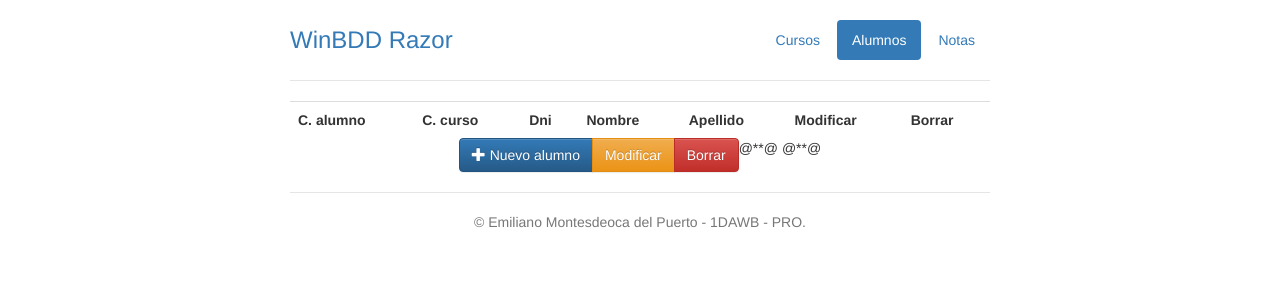
Repository: emontesdeoc/1DAWB
Page: http://localhost/Eclipse/views/alumnos.php
These files come from the project's save history. The page is drawn as it stood at one moment and after the next save; the edit follows.
The browser window is 1280 px wide. The pictures show the whole page.
The page is run by PHP 8.4 with error messages shown; the project is at /var/www/html/. Queries for data that is not in the repository find no rows.

Above is the page before, as saved 2017-05-22 10:46:40.

### PRO/Tercer trimestre/Practica/Eclipse/PracticaPHP/views/alumnos.php
<!DOCTYPE html>
<html>
<head>
    <title>PHP - Alumnos</title>
    <link href="assets/css/bootstrap.css" rel="stylesheet">
    <link href="assets/css/bootstrap-theme.css" rel="stylesheet">
    <link href="assets/css/style.css" rel="stylesheet">
    <meta name="viewport" content="width=device-width, initial-scale=1">
</head>
<body>

<?php
session_start();

$mysqli = new mysqli ( "localhost", "root", "", "ocupacional" );
$mysqli->set_charset ( "utf8" );
$result = $mysqli->query ( "select * from alumnos" );


?>

    <div class="container">
        <div class="header clearfix">
            <nav>
                <ul class="nav nav-pills pull-right">
                    <li role="presentation"><a href="cursos.php">Cursos</a></li>
                    <li role="presentation" class="active"><a href="alumnos.php">Alumnos</a></li>
                    <li role="presentation"><a href="notas.php">Notas</a></li>
                </ul>
            </nav>
            <h3 class="text-muted"><a href="../index.html"> WinBDD Razor </a></h3>
        </div>
        <!-- @* Cursos contenedor *@ -->
        <div id="form-container" style="width:100%;">
            <form method="post" action="">
                <table class="table table-hover" style="margin-bottom: 0px;">
                    <tr>
                        <th>C. alumno</th>
                        <th>C. curso</th>
                        <th>Dni</th>
                        <th>Nombre</th>
                        <th>Apellido</th>
                        <th>Modificar</th>
                        <th>Borrar</th>
                    </tr>

                    <?php

                    while($row = $result->fetch_assoc()) {
                    	printf("<tr>");
                    	printf("<td>$row[0]</td>");
                    	printf("<td>$row[1]</td>");
                    	printf("<td>$row[2]</td>");
                    	printf("<td>$row[3]</td>");
                    	printf("<td>$row[4]</td>");
                    	printf("<td><button type=\"button\" class=\"btn btn-warning\" data-toggle=\"modal\" data-target=\".bs-modificar-modal-sm\" onclick=\"CargarModificar('@a.COD_ALU', '@a.COD_CUR', '@a.DNI', '@a.APELLIDOS', '@a.NOMBRE');\"><span class=\"glyphicon glyphicon-pencil\" aria-hidden=\"true\"></span> Modificar</button></td>");
                    	printf("<td><button type=\"button\" class=\"btn btn-danger\" data-toggle=\"modal\" data-target=\".bs-borrar-modal-sm\" onclick=\"CargarBorrar('@a.COD_ALU', '@a.COD_CUR', '@a.DNI', '@a.APELLIDOS', '@a.NOMBRE');\"><span class=\"glyphicon glyphicon-remove\" aria-hidden=\"true\"></span> Borrar</button></td>");
                    	printf("<tr>");

                    }
                    ?>
                </table>
                           </form>
            <div class="text-center">
                <div class="btn-group" style="text-align:center;">
                    <button type="button" class="btn btn-primary" data-toggle="modal" data-target=".bs-nuevo-modal-sm"><span class="glyphicon glyphicon-plus" aria-hidden="true"></span> Nuevo alumno</button>
                    @*<button type="submit" class="btn btn-warning" data-toggle="modal" data-target=".bs-modificar-modal-sm">Modificar</button>*@
                    @*<button type="submit" class="btn btn-danger" data-toggle="modal" data-target=".bs-borrar-modal-sm">Borrar</button>*@
                </div>
            </div>


        </div>

        <!-- @* Modal nuevo curso *@ -->
        <div class="modal fade bs-nuevo-modal-sm" tabindex="-1" role="dialog" aria-labelledby="mySmallModalLabel">
            <div class="modal-dialog modal-sm" role="document">
                <div class="modal-content">
                    <div class="text-center">
                        <h2>Nuevo alumno</h2>
                    </div>
                    <div id="modal-form-container">
                        <form method="post" action="">
                            <div class="form-group">
                                <label for="cod_alu">Codigo de alumno</label>
                                <input type="text" class="form-control" id="cod_alu" placeholder="Codigo de alumno" name="nuevo_codalu">
                            </div>
                            <div class="form-group">
                                <label for="cod_cur">Codigo de curso</label>
                                <select class="form-control" name="nuevo_codcur" id="cod_cur">
                                    <!-- @foreach (WinBDDRazor.bd.CURSO c in new WinBDDRazor.logic.cursos().GetAllCursos())
                                    { -->
                                    <option value="@c.COD_CUR">@c.DESCRIPCION</option>
                                    <!-- } -->
                                </select>
                            </div>
                            <div class="form-group">
                                <label for="dni">DNI</label>
                                <input type="text" class="form-control" id="dni" placeholder="DNI" name="nuevo_dni">
                            </div>
                            <div class="form-group">
                                <label for="apellidos">Apellidos</label>
                                <input type="text" class="form-control" id="apellidos" placeholder="Apellidos" name="nuevo_apellido">
                            </div>
                            <div class="form-group">
                                <label for="nombre">Nombre</label>
                                <input type="text" class="form-control" id="nombre" placeholder="Nombre" name="nuevo_nombre">
                            </div>
                            <div class="text-center">
                                <div class="form-group btn-group" style="margin-bottom: -15px;">
                                    <button type="submit" class="btn btn-success" name="nuevo_confirmar"><span class="glyphicon glyphicon-ok" aria-hidden="true"></span> Confirmar</button>
                                </div>
                            </div>

                        </form>
                    </div>
                </div>
            </div>
        </div>

        <!-- @* Modal modificar curso *@ -->
        <div class="modal fade bs-modificar-modal-sm" tabindex="-1" role="dialog" aria-labelledby="mySmallModalLabel">
            <div class="modal-dialog modal-sm" role="document">
                <div class="modal-content">
                    <div class="text-center">
                        <h2>Modificar alumno</h2>
                    </div>
                    <div id="modal-form-container">
                        <form method="post" action="">
                            <div class="form-group">
                                <label for="cod_alu">Codigo de alumno</label>
                                <input type="text" class="form-control" id="modificar_cod_alu" placeholder="Codigo de alumno" name="modificar_codalu" value="" readonly />
                            </div>
                            <div class="form-group">
                                <label for="cod_cur">Codigo de curso</label>
                                <select class="form-control" name="modificar_codcur" id="modificar_cod_cur">
                                    <!-- @foreach (WinBDDRazor.bd.CURSO c in new WinBDDRazor.logic.cursos().GetAllCursos())
                                    { -->
                                    <option value="@c.COD_CUR">@c.DESCRIPCION</option>
                                    <!-- } -->
                                </select>
                            </div>
                            <div class="form-group">
                                <label for="dni">DNI</label>
                                <input type="text" class="form-control" id="modificar_dni" placeholder="DNI" name="modificar_dni" value="" />
                            </div>
                            <div class="form-group">
                                <label for="apellidos">Apellidos</label>
                                <input type="text" class="form-control" id="modificar_apellidos" placeholder="Apellidos" name="modificar_apellido" value="" />
                            </div>
                            <div class="form-group">
                                <label for="nombre">Nombre</label>
                                <input type="text" class="form-control" id="modificar_nombre" placeholder="Nombre" name="modificar_nombre" value="" />
                            </div>
                            <div class="text-center">
                                <div class="form-group btn-group" style="margin-bottom: -15px;">
                                    <button type="submit" class="btn btn-success" name="modificar_confirmar"><span class="glyphicon glyphicon-ok" aria-hidden="true"></span> Confirmar</button>
                                </div>
                            </div>
                        </form>
                    </div>
                </div>
            </div>
        </div>

        <!-- @* Modal borrar curso *@ -->
        <div class="modal fade bs-borrar-modal-sm" tabindex="-1" role="dialog" aria-labelledby="mySmallModalLabel">
            <div class="modal-dialog modal-sm" role="document">
                <div class="modal-content">
                    <div class="text-center">
                        <h2>Borrar alumno</h2>
                    </div>
                    <div id="modal-form-container">
                        <form method="post" action="">
                            <div class="form-group">
                                <label for="cod_alu">Codigo de alumno</label>
                                <input type="text" class="form-control" id="borrar_cod_alu" placeholder="Codigo de alumno" name="borrar_codalu" value="" readonly />
                            </div>
                            <div class="form-group">
                                <label for="cod_cur">Codigo de curso</label>
                                <select class="form-control" name="borrar_codcur" id="borrar_cod_cur" readonly>
                                    <!-- @foreach (WinBDDRazor.bd.CURSO c in new WinBDDRazor.logic.cursos().GetAllCursos())
                                    { -->
                                    <option value="@c.COD_CUR">@c.DESCRIPCION</option>
                                    <!-- } -->
                                </select>
                            </div>
                            <div class="form-group">
                                <label for="dni">DNI</label>
                                <input type="text" class="form-control" id="borrar_dni" placeholder="DNI" name="borrar_dni" value="" readonly />
                            </div>
                            <div class="form-group">
                                <label for="apellidos">Apellidos</label>
                                <input type="text" class="form-control" id="borrar_apellidos" placeholder="Apellidos" name="borrar_apellido" value="" readonly />
                            </div>
                            <div class="form-group">
                                <label for="nombre">Nombre</label>
                                <input type="text" class="form-control" id="borrar_nombre" placeholder="Nombre" name="borrar_nombre" value="" readonly />
                            </div>
                            <div class="form-group">
                                <div class="checkbox">
                                    <label>
                                        <input type="checkbox" name="eliminar_checkbox" value="option1" aria-label="...">
                                        Confirmar para borrar curso
                                    </label>
                                </div>
                            </div>
                            <div class="text-center">
                                <div class="form-group btn-group" style="margin-bottom: -15px;">
                                    <button type="submit" class="btn btn-danger" name="borrar_confirmar"><span class="glyphicon glyphicon-remove" aria-hidden="true"></span> Confirmar</button>
                                </div>
                            </div>
                        </form>
                    </div>
                </div>
            </div>
        </div>

        <footer class="footer">
            <p style="text-align:center">&copy; Emiliano Montesdeoca del Puerto - 1DAWB - PRO.</p>
        </footer>
    </div>
    <!-- /container -->
    <!-- jQuery (necessary for Bootstrap's JavaScript plugins) -->
    <script src="https://ajax.googleapis.com/ajax/libs/jquery/1.12.4/jquery.min.js"></script>
    <!-- Include all compiled plugins (below), or include individual files as needed -->
    <script src="assets/js/bootstrap.js"></script>

    <!-- @* Javascript necesario para no hacer postback *@ -->
    <script type="text/javascript" language="javascript">
        function CargarModificar(codalu, codcur, dni, apellidos, nombre) {
            document.getElementById("modificar_cod_alu").setAttribute('value', codalu);
            document.getElementById("modificar_cod_cur").setAttribute('value', codcur);
            document.getElementById("modificar_dni").setAttribute('value', dni);
            document.getElementById("modificar_apellidos").setAttribute('value', apellidos);
            document.getElementById("modificar_nombre").setAttribute('value', nombre);

            var element = document.getElementById('modificar_cod_cur');
            element.value = codcur;
        }
    </script>

    <!-- @* Javascript necesario para no hacer postback *@ -->
    <script type="text/javascript" language="javascript">
        function CargarBorrar(codalu, codcur, dni, apellidos, nombre) {
            document.getElementById("borrar_cod_alu").setAttribute('value', codalu);
            document.getElementById("borrar_cod_cur").setAttribute('value', codcur);
            document.getElementById("borrar_dni").setAttribute('value', dni);
            document.getElementById("borrar_apellidos").setAttribute('value', apellidos);
            document.getElementById("borrar_nombre").setAttribute('value', nombre);

            var element = document.getElementById('borrar_cod_cur');
            element.value = codcur;
        }
    </script>
</body>
</html>

### PRO/Tercer trimestre/Practica/Eclipse/PracticaPHP/views/assets/css/style.css
/* Space out content a bit */
body {
    padding-top: 20px;
    padding-bottom: 20px;
}

/* Everything but the jumbotron gets side spacing for mobile first views */
.header,
.marketing,
.footer {
    padding-right: 15px;
    padding-left: 15px;
}

/* Custom page header */
.header {
    padding-bottom: 20px;
    border-bottom: 1px solid #e5e5e5;
}
    /* Make the masthead heading the same height as the navigation */
    .header h3 {
        margin-top: 0;
        margin-bottom: 0;
        line-height: 40px;
    }

/* Custom page footer */
.footer {
    padding-top: 19px;
    color: #777;
    border-top: 1px solid #e5e5e5;
}

#form-container {
    width: 43%;
    margin: 0 auto;
    margin-bottom: 20px;
}

#modal-form-container {
    margin: 0 auto;
    margin-bottom: 20px;
    padding: 20px;
}

/* Customize container */
@media (min-width: 768px) {
    .container {
        max-width: 730px;
    }
}

.container-narrow > hr {
    margin: 30px 0;
}

/* Main marketing message and sign up button */
.jumbotron {
    text-align: center;
    border-bottom: 1px solid #e5e5e5;
}

    .jumbotron .btn {
        padding: 7px 17px;
        font-size: 17px;
    }

/* Supporting marketing content */
.marketing {
    margin: 40px 0;
}

    .marketing p + h4 {
        margin-top: 28px;
    }

/* Responsive: Portrait tablets and up */
@media screen and (min-width: 768px) {
    /* Remove the padding we set earlier */
    .header,
    .marketing,
    .footer {
        padding-right: 0;
        padding-left: 0;
    }
    /* Space out the masthead */
    .header {
        margin-bottom: 20px;
    }
    /* Remove the bottom border on the jumbotron for visual effect */
    .jumbotron {
        border-bottom: 0;
    }
}

Loaded but not shown: PRO/Tercer trimestre/Practica/Eclipse/PracticaPHP/views/assets/css/bootstrap.css (library); PRO/Tercer trimestre/Practica/Eclipse/PracticaPHP/views/assets/css/bootstrap-theme.css (library); PRO/Tercer trimestre/Practica/Eclipse/PracticaPHP/views/assets/js/bootstrap.js (library)

After the next save:
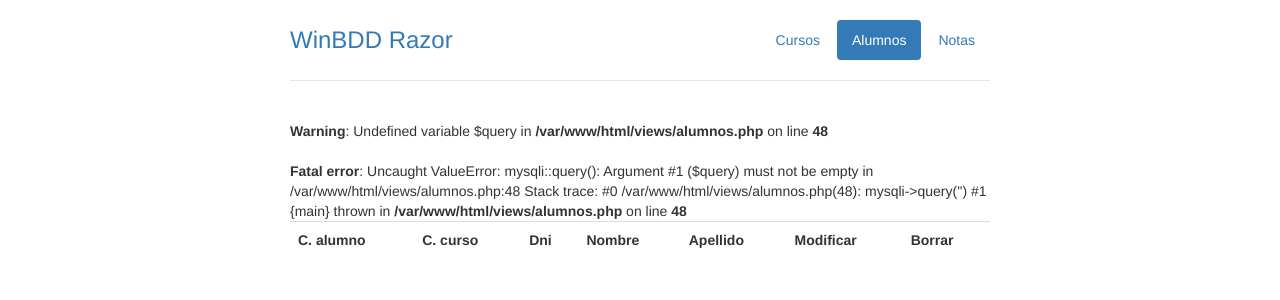
Saved 84 s later.
--- a/PRO/Tercer trimestre/Practica/Eclipse/PracticaPHP/views/alumnos.php
+++ b/PRO/Tercer trimestre/Practica/Eclipse/PracticaPHP/views/alumnos.php
@@ -14,7 +14,7 @@
 
 $mysqli = new mysqli ( "localhost", "root", "", "ocupacional" );
 $mysqli->set_charset ( "utf8" );
-$result = $mysqli->query ( "select * from alumnos" );
+$result = $mysqli->query ("select * from alumnos");
 
 
 ?>
@@ -45,18 +45,19 @@
                     </tr>
 
                     <?php
-
-                    while($row = $result->fetch_assoc()) {
-                    	printf("<tr>");
-                    	printf("<td>$row[0]</td>");
-                    	printf("<td>$row[1]</td>");
-                    	printf("<td>$row[2]</td>");
-                    	printf("<td>$row[3]</td>");
-                    	printf("<td>$row[4]</td>");
-                    	printf("<td><button type=\"button\" class=\"btn btn-warning\" data-toggle=\"modal\" data-target=\".bs-modificar-modal-sm\" onclick=\"CargarModificar('@a.COD_ALU', '@a.COD_CUR', '@a.DNI', '@a.APELLIDOS', '@a.NOMBRE');\"><span class=\"glyphicon glyphicon-pencil\" aria-hidden=\"true\"></span> Modificar</button></td>");
-                    	printf("<td><button type=\"button\" class=\"btn btn-danger\" data-toggle=\"modal\" data-target=\".bs-borrar-modal-sm\" onclick=\"CargarBorrar('@a.COD_ALU', '@a.COD_CUR', '@a.DNI', '@a.APELLIDOS', '@a.NOMBRE');\"><span class=\"glyphicon glyphicon-remove\" aria-hidden=\"true\"></span> Borrar</button></td>");
-                    	printf("<tr>");
-
+                    if ($result = $mysqli->query($query)) {
+	                    while($row = $result->fetch_assoc()) {
+	                    	printf("<tr>");
+	                    	printf("<td>$row[0]</td>");
+	                    	printf("<td>$row[1]</td>");
+	                    	printf("<td>$row[2]</td>");
+	                    	printf("<td>$row[3]</td>");
+	                    	printf("<td>$row[4]</td>");
+	                    	printf("<td><button type=\"button\" class=\"btn btn-warning\" data-toggle=\"modal\" data-target=\".bs-modificar-modal-sm\" onclick=\"CargarModificar('@a.COD_ALU', '@a.COD_CUR', '@a.DNI', '@a.APELLIDOS', '@a.NOMBRE');\"><span class=\"glyphicon glyphicon-pencil\" aria-hidden=\"true\"></span> Modificar</button></td>");
+	                    	printf("<td><button type=\"button\" class=\"btn btn-danger\" data-toggle=\"modal\" data-target=\".bs-borrar-modal-sm\" onclick=\"CargarBorrar('@a.COD_ALU', '@a.COD_CUR', '@a.DNI', '@a.APELLIDOS', '@a.NOMBRE');\"><span class=\"glyphicon glyphicon-remove\" aria-hidden=\"true\"></span> Borrar</button></td>");
+	                    	printf("<tr>");
+
+	                    }
                     }
                     ?>
                 </table>

After the save that followed:
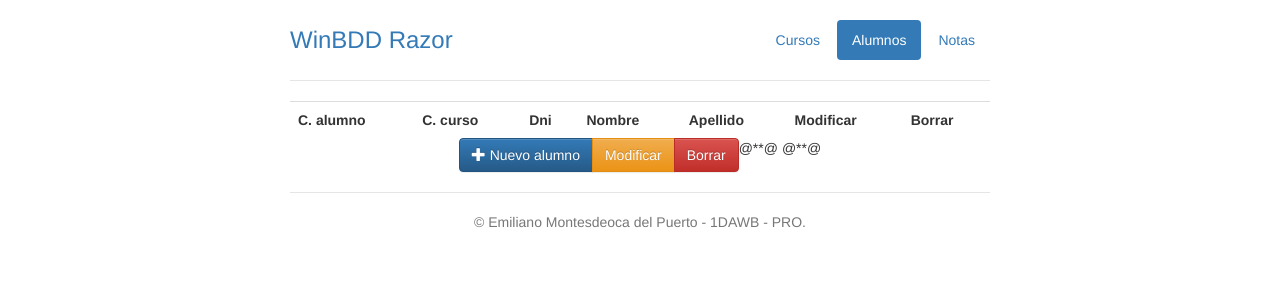
Saved 10 s later.
--- a/PRO/Tercer trimestre/Practica/Eclipse/PracticaPHP/views/alumnos.php
+++ b/PRO/Tercer trimestre/Practica/Eclipse/PracticaPHP/views/alumnos.php
@@ -45,7 +45,7 @@
                     </tr>
 
                     <?php
-                    if ($result = $mysqli->query($query)) {
+                    if ($result = $mysqli->query("select * from alumnos")) {
 	                    while($row = $result->fetch_assoc()) {
 	                    	printf("<tr>");
 	                    	printf("<td>$row[0]</td>");
